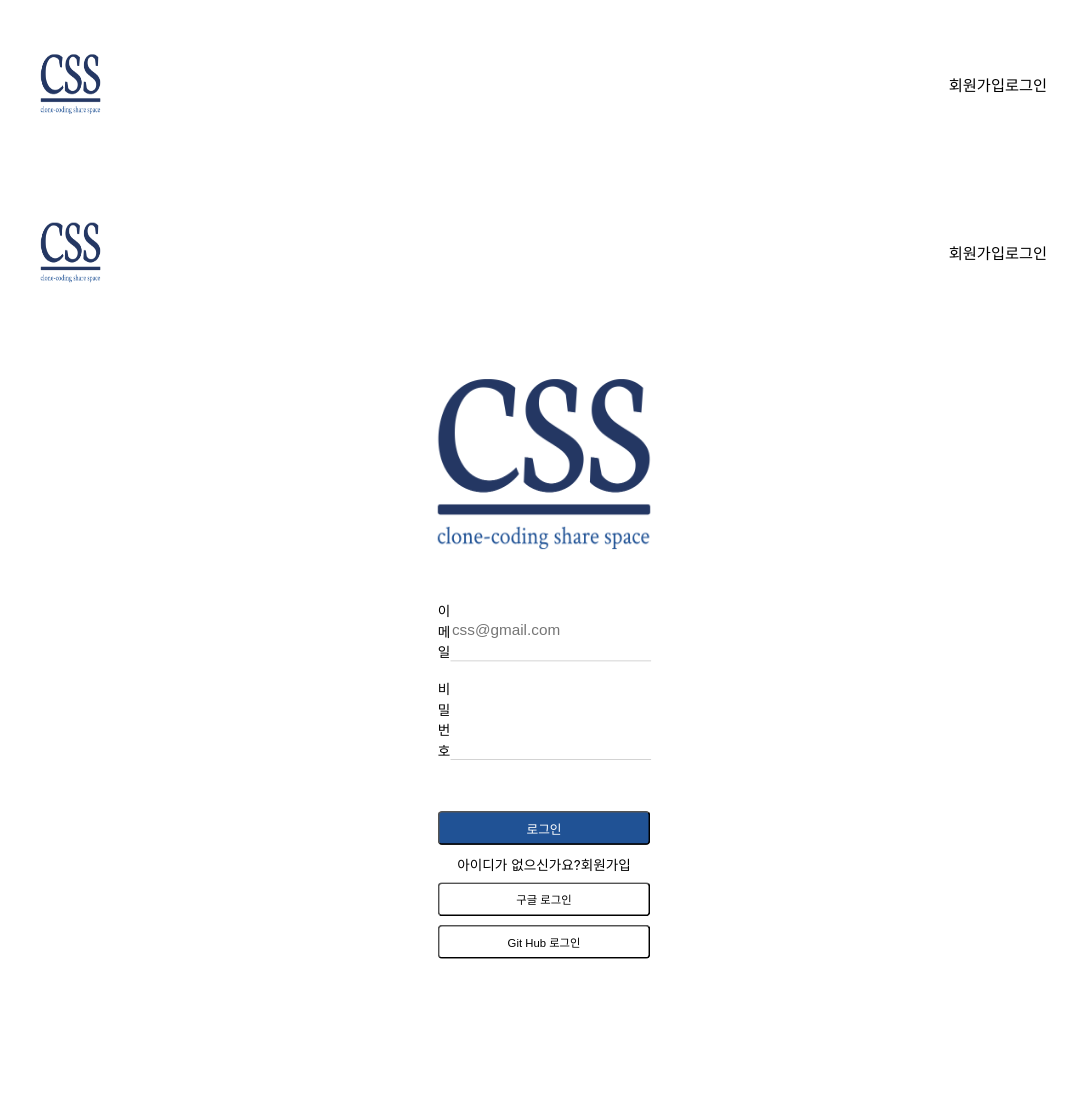
Repository: YS739/React-project-CSS
Page: /login
The author's editor kept a copy of each file at every save. The page is drawn from the files as they stood at one save, then again after the next save.
The browser window is 1280 px wide. The pictures show the whole page, at 85% of full size.
The project was rebuilt for these pictures with package versions that can differ from the ones it lists, and the page was loaded fresh each time. Also part of the build but not shown: src/components/DetailPage/AddComment/style.js, src/components/DetailPage/AddComment/AddComment.jsx, src/common/firebase.ts, src/components/DetailPage/CommentList/style.js, src/components/DetailPage/Comment/style.js, src/components/DetailPage/Comment/Comment.jsx, src/components/DetailPage/CommentList/CommentList.tsx, src/components/DetailPage/DetailVideo/style.js and 17 more.

Above is the page before, as saved 2023-01-21 13:17:51.

After the next save:
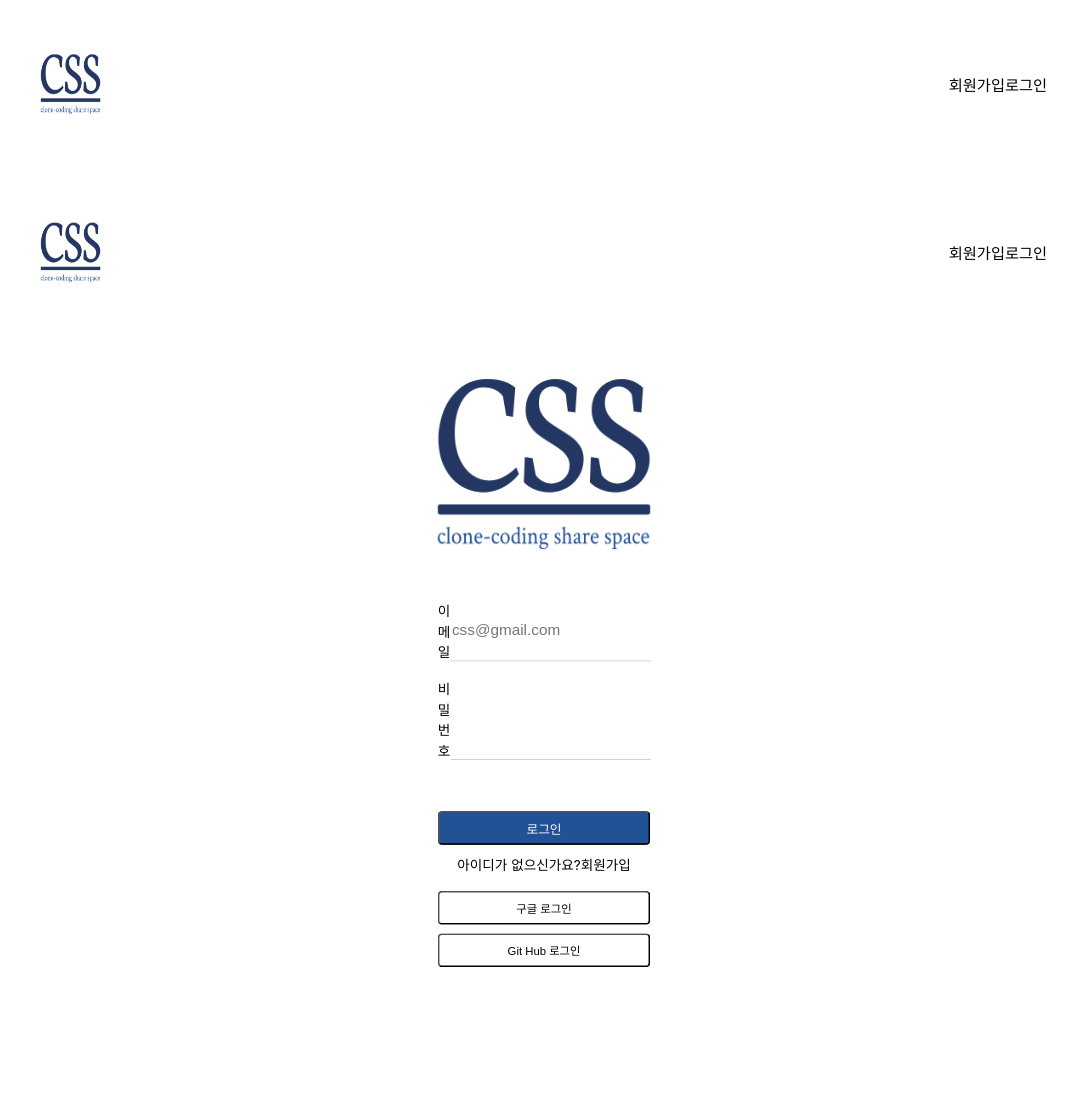
Saved 26 s later.
--- a/src/pages/LoginPage/style.js
+++ b/src/pages/LoginPage/style.js
@@ -44,7 +44,7 @@
 export const SignUp = styled.div`
   display: flex;
   align-items: center;
-  margin-bottom: 10px;
+  padding-bottom: 20px;
 `;
 
 export const BlueButton = styled.button`
